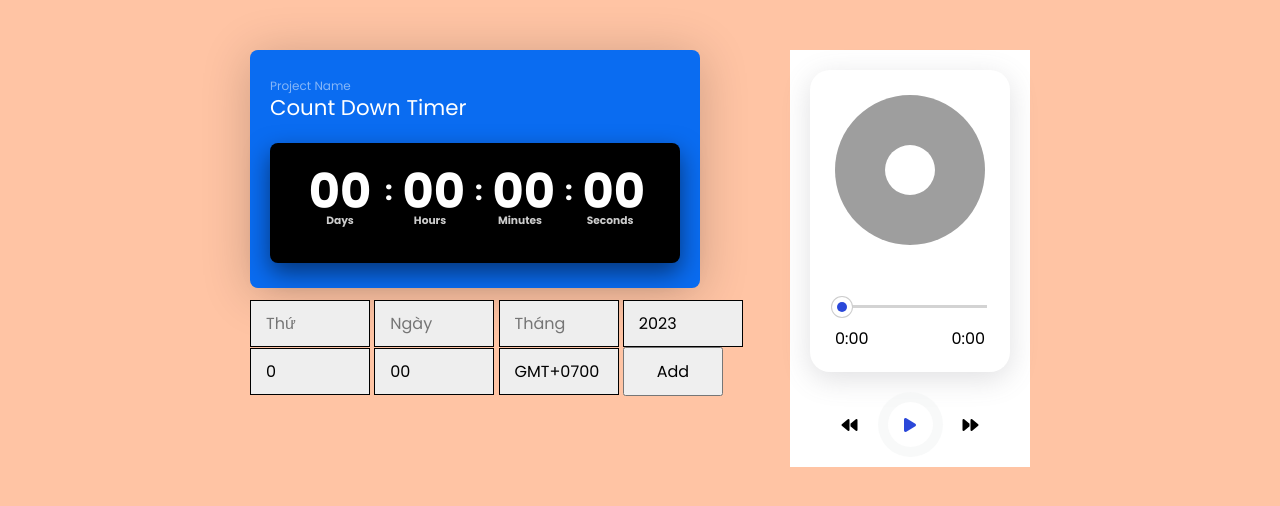
Repository: thuanpham00/CountDownTimer
Page: index.html
An editor plug-in stored every save of this project. The page is shown before and after the next save, followed by the edit.
The browser window is 1280 px wide. The pictures show the whole page.
Pictures or frames that could not be fetched are drawn as grey boxes. Some web libraries are served in a nearby version. The style sheet was rebuilt from its Sass, Less or Tailwind sources for each picture, by a compiler version that may differ from the author's.

Above is the page before, as saved 2023-09-27 15:38:09.

### index.html
<!DOCTYPE html>
<html lang="en">
    <head>
        <meta charset="UTF-8" />
        <meta name="viewport" content="width=device-width, initial-scale=1.0" />
        <title>Count Down</title>
        <link rel="preconnect" href="https://fonts.googleapis.com" />
        <link rel="preconnect" href="https://fonts.gstatic.com" crossorigin />
        <link
            href="https://fonts.googleapis.com/css2?family=Roboto:wght@300;400;500;700;900&display=swap"
            rel="stylesheet"
        />
        <link rel="preconnect" href="https://fonts.googleapis.com" />
        <link rel="preconnect" href="https://fonts.gstatic.com" crossorigin />
        <link
            href="https://fonts.googleapis.com/css2?family=Poppins:wght@300;400;500;600;700;800&display=swap"
            rel="stylesheet"
        />
        <script src="https://kit.fontawesome.com/3115b3f4f1.js"></script>
        <link rel="stylesheet" href="./assets/css/main.css" />
    </head>
    <body>
        <div class="timer">
            <div class="timer-wrapper">
                <div>
                    <label class="timer-title">Project Name</label>
                    <label class="timer-name">Count Down Timer</label>
                </div>
                <div class="counter">
                    <div class="days">
                        <div class="value" id="days">00</div>
                        <span>Days</span>
                    </div>

                    <div class="hours">
                        <div class="value" id="hours">00</div>
                        <span>Hours</span>
                    </div>

                    <div class="minutes">
                        <div class="value" id="minutes">00</div>
                        <span>Minutes</span>
                    </div>

                    <div class="seconds">
                        <div class="value" id="seconds">00</div>
                        <span>Seconds</span>
                    </div>
                </div>
            </div>
            <div class="player">
                <div class="player-box">
                    <div class="player-media">
                        <img
                            src="https://cdn.dribbble.com/users/3960463/screenshots/14630140/media/c79331860d7ca1b97430a4888617f428.png?compress=1&resize=800x600"
                            alt=""
                            class="player-image"
                        />
                    </div>
                    <div class="progress">
                        <input
                            type="range"
                            id="progress-bar"
                            min="0"
                            max=""
                            value="0"
                            class="bar"
                        />
                        <audio src="./files/holo.mp3" id="song"></audio>
                    </div>
                    <div class="player-number">
                        <span class="player-remaining">0:00</span>
                        <span class="player-duration">0:00</span>
                    </div>
                </div>
                <div class="player-tool">
                    <i class="fa fa-backward player-prev"></i>
                    <i class="fa fa-play player-play"></i>
                    <i class="fa fa-forward player-next"></i>
                </div>
            </div>
        </div>
        <form class="form-timer">
            <input type="text" name="day" placeholder="Thứ" class="dayInput" />
            <input
                type="text"
                name="date"
                placeholder="Ngày"
                class="dateInput"
            />
            <input
                type="text"
                name="month"
                placeholder="Tháng"
                class="monthInput"
            />
            <input
                type="number"
                name="year"
                placeholder="Năm"
                value="2023"
                class="yearInput"
            />
            <input
                type="number"
                name="hour"
                placeholder="Giờ"
                class="hourInput"
                value="0"
            />
            <input
                type="number"
                name="minute"
                placeholder="Phút"
                class="minuteInput"
                value="00"
            />
            <input
                type="text"
                name="GMT"
                value="GMT+0700 (Indochina Time)"
                class="hourInput"
            />
            <button class="todo__submit" type="submit">Add</button>
        </form>
        <script src="./assets/js/main.js"></script>
    </body>
</html>

### assets/js/main.js
window.addEventListener("load", function () {
    const daysText = document.querySelector("#days");
    const hoursText = document.querySelector("#hours");
    const minutesText = document.querySelector("#minutes");
    const secondsText = document.querySelector("#seconds");

    function setTimer(
        dayInput,
        monthInput,
        dateInput,
        yearInput,
        hourInput,
        minuteInput,
        gmtInput
    ) {
        let currentTime = new Date().getTime();
        const endTime = new Date(
            yearInput,
            getMonthIndex(monthInput),
            dateInput,
            hourInput,
            minuteInput
        ).getTime();

        if (isNaN(endTime) || endTime - currentTime <= 0) return;
        setInterval(changeTimer, 500);
        changeTimer();

        function changeTimer() {
            let days, hours, minutes, seconds;
            const now = new Date();
            let startTime = now.getTime();
            let countDown = parseInt((endTime - startTime) / 1000);
            if (countDown > 0) {
                days = parseInt(countDown / 86400);
                countDown = countDown % 86400;
                hours = parseInt(countDown / 3600);
                countDown = countDown % 3600;
                minutes = parseInt(countDown / 60);
                countDown = countDown % 60;
                seconds = parseInt(countDown);

                daysText.textContent = `${days}`.slice(-2);
                hoursText.textContent = `${hours}`.slice(-2);
                minutesText.textContent = `${minutes}`.slice(-2);
                secondsText.textContent = `${seconds}`.slice(-2);
            }
        }

        function getMonthIndex(monthName) {
            const months = [
                "Jan",
                "Feb",
                "Mar",
                "Apr",
                "May",
                "Jun",
                "Jul",
                "Aug",
                "Sep",
                "Oct",
                "Nov",
                "Dec",
            ];
            return months.indexOf(monthName);
        }
    }

    const formTimer = document.querySelector(".form-timer");
    formTimer.addEventListener("submit", function (e) {
        e.preventDefault();
        const dayInput = this.elements["day"].value;
        const monthInput = this.elements["month"].value;
        const dateInput = parseInt(this.elements["date"].value);
        const yearInput = parseInt(this.elements["year"].value);
        const hourInput = parseInt(this.elements["hour"].value);
        const minuteInput = parseInt(this.elements["minute"].value);
        const gmtInput = this.elements["GMT"].value;
        setTimer(
            dayInput,
            monthInput,
            dateInput,
            yearInput,
            hourInput,
            minuteInput,
            gmtInput
        );
    });
});

### scss/main.scss
html,
body,
div,
span,
applet,
object,
iframe,
h1,
h2,
h3,
h4,
h5,
h6,
p,
blockquote,
pre,
a,
abbr,
acronym,
address,
big,
cite,
code,
del,
dfn,
em,
img,
ins,
kbd,
q,
s,
samp,
small,
strike,
strong,
sub,
sup,
tt,
var,
b,
u,
i,
center,
dl,
dt,
dd,
ol,
ul,
li,
fieldset,
form,
label,
legend,
table,
caption,
tbody,
tfoot,
thead,
tr,
th,
td,
article,
aside,
canvas,
details,
embed,
figure,
figcaption,
footer,
header,
hgroup,
menu,
nav,
output,
ruby,
section,
summary,
time,
mark,
audio,
video {
    margin: 0;
    padding: 0;
    border: 0;
    font-size: 100%;
    font: inherit;
    vertical-align: baseline;
}
/* HTML5 display-role reset for older browsers */
article,
aside,
details,
figcaption,
figure,
footer,
header,
hgroup,
menu,
nav,
section {
    display: block;
}
body {
    line-height: 1;
}
ol,
ul {
    list-style: none;
}
blockquote,
q {
    quotes: none;
}
blockquote:before,
blockquote:after,
q:before,
q:after {
    content: "";
    content: none;
}
table {
    border-collapse: collapse;
    border-spacing: 0;
}

*,
::after,
::before {
    box-sizing: border-box;
}

html {
    font-size: 62.5%;
}

body {
    font-size: 1.6rem;
    font-family: "Poppins", sans-serif;
}

input,
select,
textarea,
button {
    font-size: inherit;
    font-family: inherit;
}

$continer-color: #0a6cf1;
$continer-padding: 30px 20px 10px 20px;
body {
    background: #ffc4a4;
    user-select: none;
}

.timer {
    position: relative;
    min-height: 400px;

    &-wrapper {
        position: absolute;
        left: 250px;
        top: 50px;
        background-color: $continer-color;
        padding: $continer-padding;
        border-radius: 8px;
        color: #fff;
        min-width: 450px;
        box-shadow: 0 5px 50px rgba(0, 0, 0, 0.2);
    }

    label {
        display: block;
    }

    &-title {
        font-size: 9pt;
        opacity: 0.5;
    }

    &-name {
        font-size: 16pt;
        margin: 5px 0;
    }

    .counter {
        padding: 25px;
        margin: 25px 0 15px 0;
        background-color: #000;
        font-weight: 700;
        border-radius: 8px;
        box-shadow: 0 10px 25px rgba(0, 0, 0, 0.5);
        min-height: 120px;

        div {
            display: inline-block;
        }
        .days,
        .hours,
        .minutes,
        .seconds {
            width: 25%;
            float: left;
            text-align: center;
            .value {
                display: block;
                font-size: 36pt;
                width: 100%;
                display: block;
            }
            span {
                font-size: 8pt;
                opacity: 0.8;
                width: 100%;
                display: block;
            }
        }
        .hours::before,
        .minutes::before,
        .seconds::before {
            content: ":";
            float: left;
            font-size: 20pt;
            position: relative;
            margin-top: 10px;
            opacity: 0.7;
            animation: pink 1s ease-in-out infinite;
        }
    }

    .player {
        position: absolute;
        right: 250px;
        top: 50px;
        background-color: white;
        padding: 20px;
    }

    .player-box {
        box-shadow: rgba(100, 100, 111, 0.2) 0px 7px 29px 0px;
        padding: 25px;
        display: flex;
        align-items: center;
        justify-content: center;
        flex-direction: column;
        text-align: center;
        border-radius: 20px;
        max-width: 500px;
        margin: 0 auto 30px;
    }

    .player-media {
        position: relative;
        width: 150px;
        height: 150px;
        border-radius: 100rem;
        margin-bottom: 25px;
    }
    .player-media:before {
        content: "";
        width: 50px;
        height: 50px;
        background-color: white;
        border-radius: 100px;
        position: absolute;
        top: 50%;
        left: 50%;
        transform: translate(-50%, -50%);
        z-index: 10;
    }

    .player-image {
        width: 100%;
        height: 100%;
        object-fit: cover;
        border-radius: inherit;
    }

    .player-image.is-playing {
        animation: rotate 10s forwards infinite linear;
    }

    @keyframes rotate {
        to {
            transform: rotate(360deg);
        }
    }

    .progress {
        margin-bottom: 20px;
        margin-top: 25px;
    }

    .player-number {
        display: flex;
        justify-content: space-between;
        align-items: center;
        width: 100%;
    }

    .player-tool {
        display: flex;
        justify-content: center;
        align-items: center;
    }

    .player-play {
        color: #2b48d9;
        width: 45px;
        height: 45px;
        border-radius: 100rem;
        display: flex;
        justify-content: center;
        align-items: center;
        cursor: pointer;
        background-color: white;
        box-shadow: 0 0 0 10px rgba(242, 243, 244, 0.5);
        font-size: 16px;
        margin: 0 30px;
    }

    .player-next,
    .player-prev {
        cursor: pointer;
        font-size: 16px;
    }

    .progress {
        width: 100%;
        position: relative;
    }

    .bar {
        -webkit-appearance: none;
        width: 100%;
        height: 3px;
        background: #d3d3d3;
        outline: none;
        -webkit-transition: 0.2s;
        transition: opacity 0.2s;
    }

    .bar::-webkit-slider-thumb {
        -webkit-appearance: none;
        appearance: none;
        width: 10px;
        height: 10px;
        border-radius: 100rem;
        background-color: #2b48d9;
        box-shadow: 0 0 0 5px white, 0 0 0 6px #ccc;
    }

    /* .bar::-webkit-slider-thumb chọn phần tử con của phần tử có lớp bar mà là "thumb" của thanh trượt (slider)
     dành cho trình duyệt WebKit (chẳng hạn như Safari hoặc Chrome).

    .bar::-moz-range-thumb chọn phần tử con của phần tử có lớp bar mà là "thumb" của
    thanh trượt (slider) dành cho trình duyệt Firefox (Mozilla).
    */

    .bar::-moz-range-thumb {
        cursor: pointer;
        width: 10px;
        height: 10px;
        border-radius: 100rem;
        background-color: #2b48d9;
        box-shadow: 0 0 0 5px white, 0 0 0 6px #ccc;
    }
}

@keyframes pink {
    0% {
        opacity: 1;
    }
    50% {
        opacity: 0.5;
    }
    100% {
        opacity: 1;
    }
}

.form-timer {
    position: absolute;
    left: 250px;
    margin-top: -100px;
    max-width: 500px;

    input {
        width: 120px;
        padding: 10px 15px;
        outline: none;
        background: #eee;
        border: 1px solid #000;
    }

    button {
        width: 100px;
        padding: 10px 15px
    }
}

After the next save:
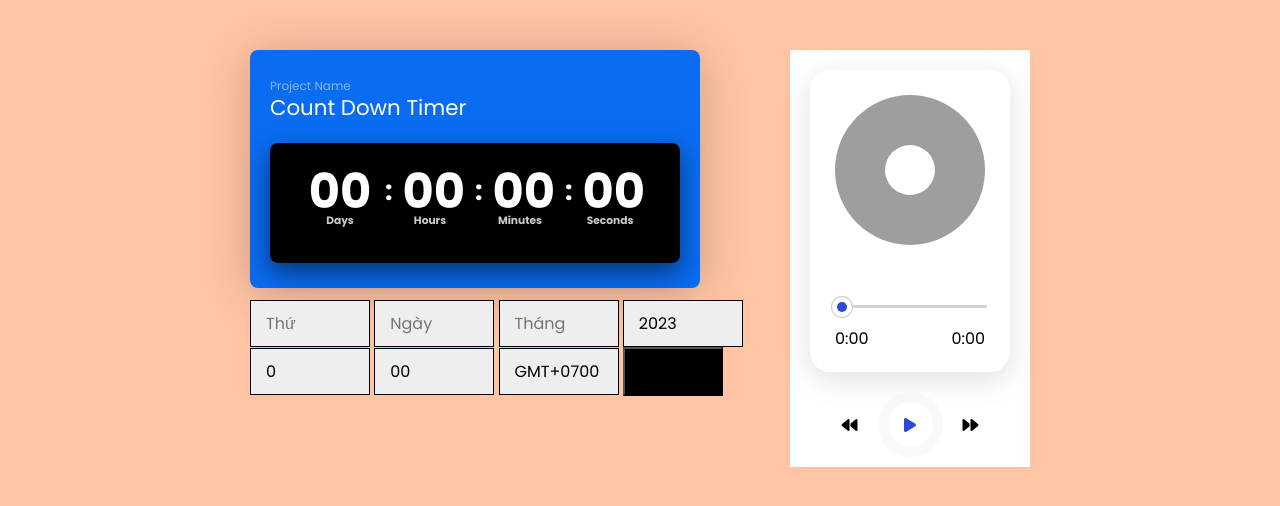
Saved 6 s later.
--- a/scss/main.scss
+++ b/scss/main.scss
@@ -395,6 +395,7 @@ body {
 
     button {
         width: 100px;
-        padding: 10px 15px
-    }
-}
+        padding: 10px 15px;
+        background: #000;
+    }
+}
